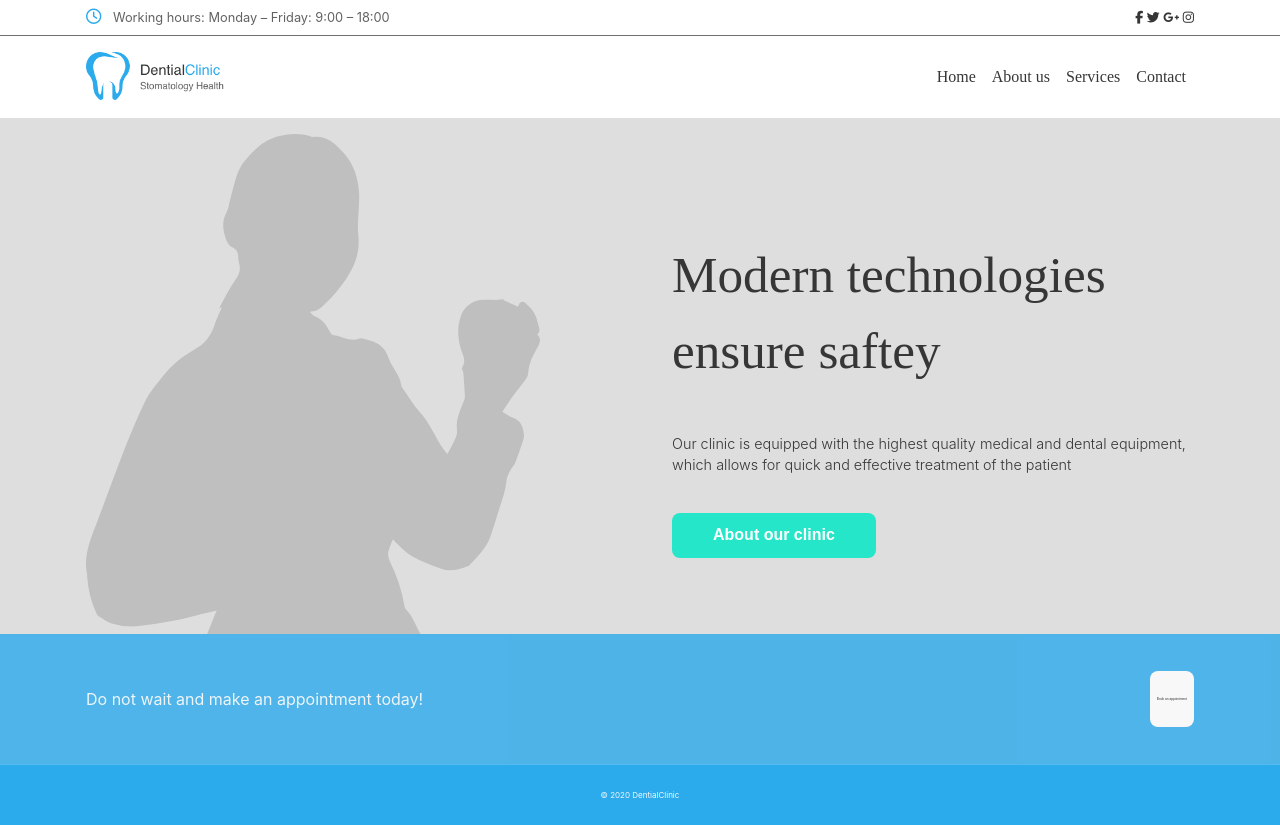
Repository: skepp4rn/uppgift1
Page: index.html
An editor plug-in stored every save of this project. The page is shown before and after the next save, followed by the edit.
The browser window is 1280 px wide. The pictures show the whole page.
Some web libraries are served in a nearby version.

Above is the page before, as saved 2020-12-03 15:00:55.

After the next save:
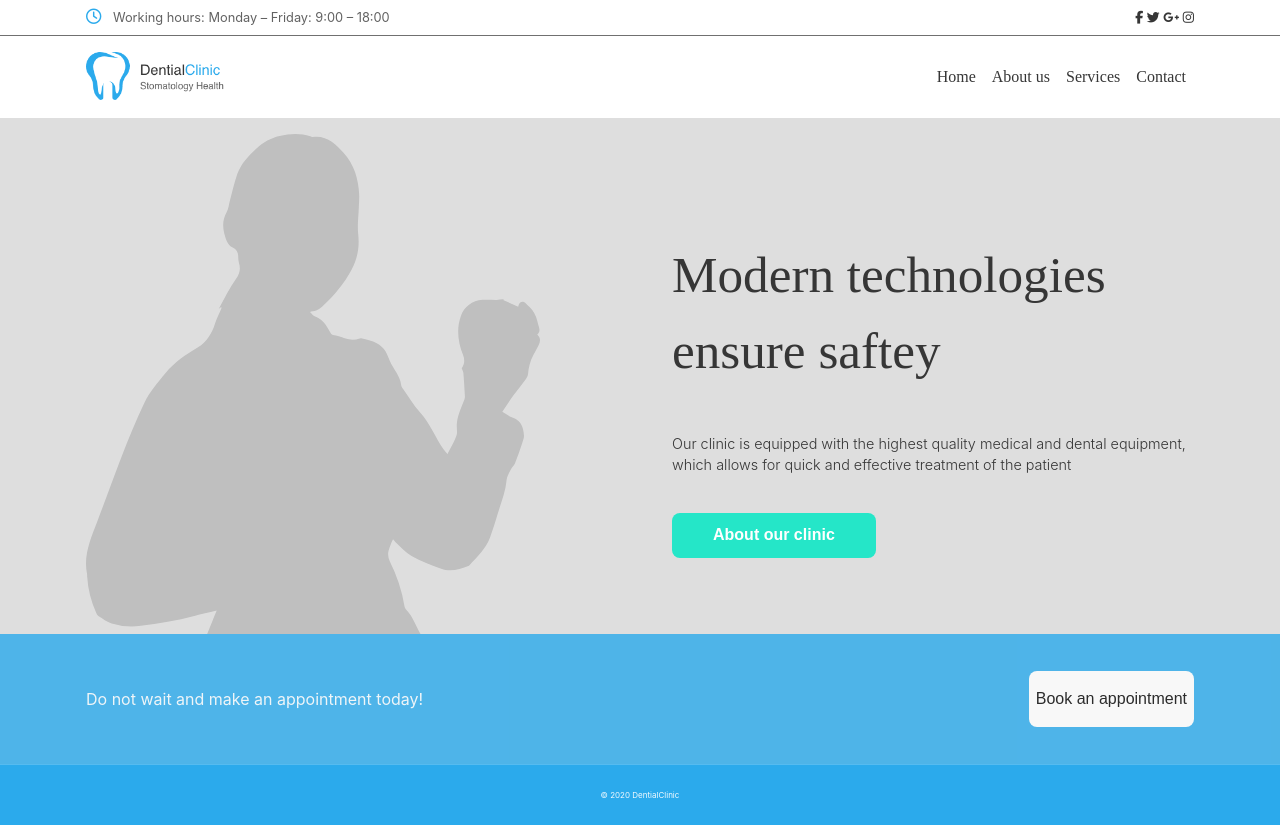
Saved 4 s later.
--- a/style.css
+++ b/style.css
@@ -224,7 +224,7 @@ a:hover {
     border-radius: 0.5rem;
     border: 1px solid transparent;
     background-color: white;
-    font-size: 0.2rem
+    font-size: 1rem
 }
 
 
